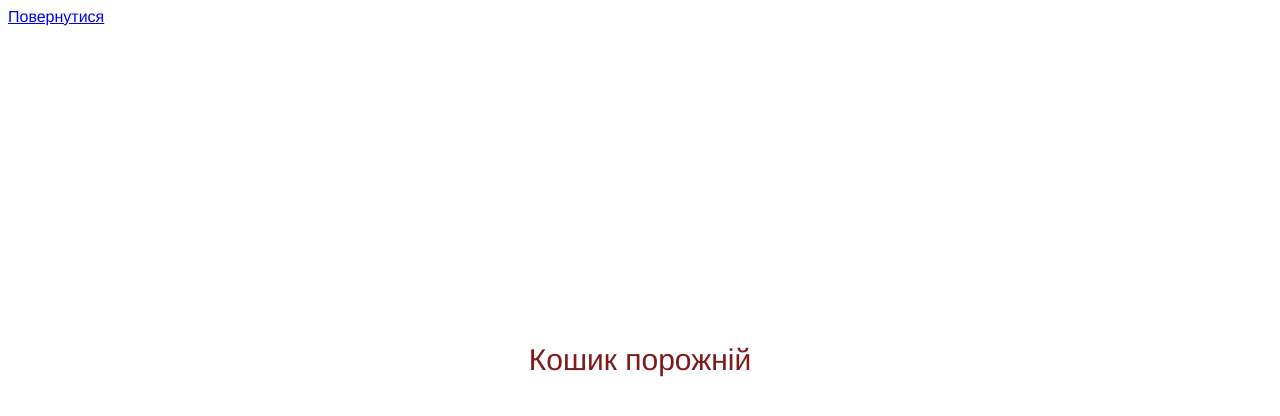
Repository: kristinap8/pharmacy
Page: /cart
These files come from the project's save history. The page is drawn as it stood at one moment and after the next save; the edit follows.
The browser window is 1280 px wide. The pictures show the whole page.
The project was rebuilt for these pictures with package versions that can differ from the ones it lists, and the page was loaded fresh each time. Also part of the build but not shown: src/components/AddMedicineForm/index.vue, src/pages/AddMedicine/index.vue, src/components/EditMedicineForm/index.vue, src/pages/EditMedicine/index.vue, src/components/MedicinesList/MedicineCard/index.vue, src/components/MedicinesList/index.vue, src/pages/AllMedicines/index.vue.

Above is the page before, as saved 2020-12-10 00:49:45.

After the next save:
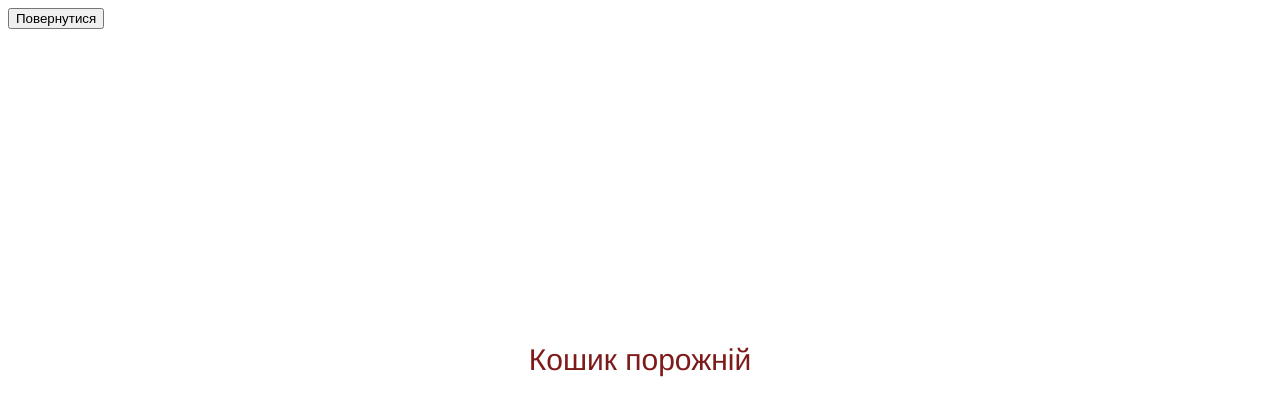
Saved 29 s later.
--- a/src/components/CartForm/index.vue
+++ b/src/components/CartForm/index.vue
@@ -21,7 +21,7 @@
         <div v-else class="empty-cart">
          Кошик порожній
         </div>
-        <router-link to="/" type="button">Повернутися</router-link>
+        <router-link to="/" tag="button">Повернутися</router-link>
     </div>
 </template>
 
